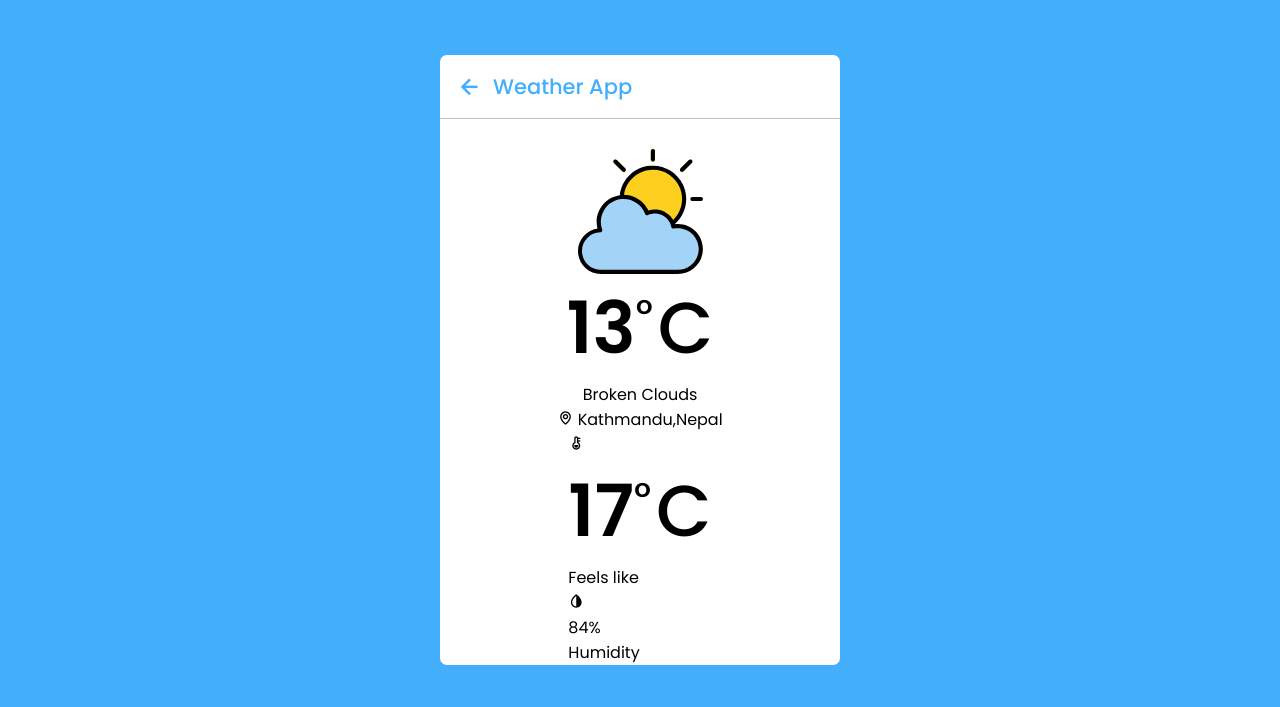
Repository: long13820/Weather-App-HTML-CSS-Javascript
Page: index.html
An editor plug-in stored every save of this project. The page is shown before and after the next save, followed by the edit.
The browser window is 1280 px wide. The pictures show the whole page.

Above is the page before, as saved 2021-09-02 11:28:19.

### index.html
<!DOCTYPE html>
<html lang="en">
<head>
    <meta charset="UTF-8">
    <meta http-equiv="X-UA-Compatible" content="IE=edge">
    <meta name="viewport" content="width=device-width, initial-scale=1.0">
    <title>Weather App</title>
    <link rel="stylesheet" href="style.css">

    <!--Linking Boxicon For Icon-->
    <link rel="stylesheet" href='https://unpkg.com/boxicons@2.0.9/css/boxicons.min.css' >


</head>
<body>
    <div class="wrapper">
        <header>
            <i class="bx bx-left-arrow-alt"></i>
            Weather App
        </header>
        <section class="input-part">
            <p class="info-txt pending">Please enter a valid city name</p>
            <input type="text" placeholder="Enter city name" spellcheck="false" required>
            <div class="separator"></div>
            <button>Get Device Location</button>
        </section>
        <section class="weather-part">
            <img src="/Weather Icons/cloud.svg" alt="Weather Icon">
            <div class="temp">
                <span class="numb">13</span>
                <span class="deg">°</span>C
            </div>
            <div class="weather">Broken Clouds</div>
            <div class="location">
                <i class="bx bx-map"></i>
                <span>Kathmandu,Nepal</span>
            </div>
            <div class="bottom-details">
                <div class="column feels">
                    <i class="bx bxs-thermometer"></i>
                    <div class="details">
                        <div class="temp">
                            <span class="numb">17</span>
                            <span class="deg">°</span>C
                        </div>
                        <p>Feels like</p>
                    </div>
                </div>
                <div class="column humidity">
                    <i class="bx bxs-droplet-half"></i>
                    <div class="details">
                        <span class="numb">84%</span>
                        <p>Humidity</p>
                    </div>
                </div>
            </div>
        </section>
    </div>
</body>
</html>

### style.css
/*Import Google Font - Poppins*/
@import url('https://fonts.googleapis.com/css2?family=Poppins:wght@400;500;600;700&display=swap');
*{
    margin: 0;
    padding: 0;
    box-sizing: border-box;
    font-family: 'Poppins', sans-serif;
}
body{
    display: flex;
    align-items: center;
    justify-content: center;
    min-height: 100vh;
    background: #43AFFC;
}
.wrapper{
    width: 400px;
    border-radius: 7px;
    background: white;
}
.wrapper header{
    color: #43AFFC;
    font-size: 21px;
    font-weight: 500;
    padding: 16px 15px;
    display: flex;
    align-items: center;
    border-bottom: 1px solid #bfbfbf;

}
header i{
    cursor: pointer;
    font-size: 30px;
    margin-right: 8px;
}
.wrapper .input-part{
    display: none;
    margin: 20px 25px 30px;
}
.input-part .info-txt{
    display: none;
    font-size: 17px;
    text-align: center;
    padding: 12px 7px;
    border-radius: 7px;
    margin-bottom: 15px;
}
.info-txt.error{
    display: block;
    color: #721c24;
    background: #f8d7da;
    border: 1px solid #f5c6cb;
}
.info-txt.pending{
    display: block;
    color: #0c5460;
    background: #d1ecf1;
    border: 1px solid #bee5eb;
}
.input-part :where(input, button){
    width: 100%;
    height: 55px;
    border: none;
    outline: none;
    font-size: 18px;
    border-radius: 7px;
}
.input-part input{
    text-align: center;
    border: 1px solid #bfbfbf;
}
.input-part input:is(:focus,:valid){

}
.input-part .separator{
    height: 1px;
    width: 100%;
    margin: 25px 0px;
    background: #ccc;
    display: flex;
    align-items: center;
    justify-content: center;
}
.separator::before{
    content: "or";
    background-color: white;
    font-size: 19px;
    padding: 0px 15px;
    background: #fff;
}
.input-part button{
    color: white;
    cursor: pointer;
    background: #43AFFC;
}

.wrapper .weather-part{
    margin: 30px 0 0;
    display: flex;
    align-items: center;
    justify-content: center;
    flex-direction: column;
}
.weather-part img{
    max-width: 125px;
}
.weather-part .temp{
    display: flex;
    font-size: 72px;
    font-weight: 500;
}
.weather-part .temp .numb{
    font-weight: 600;
}
.weather-part .temp .deg{
    font-size: 40px;
    margin: 10px 5px 0 0;
    display: block;
}
.weather-part .weather{

}

After the next save:
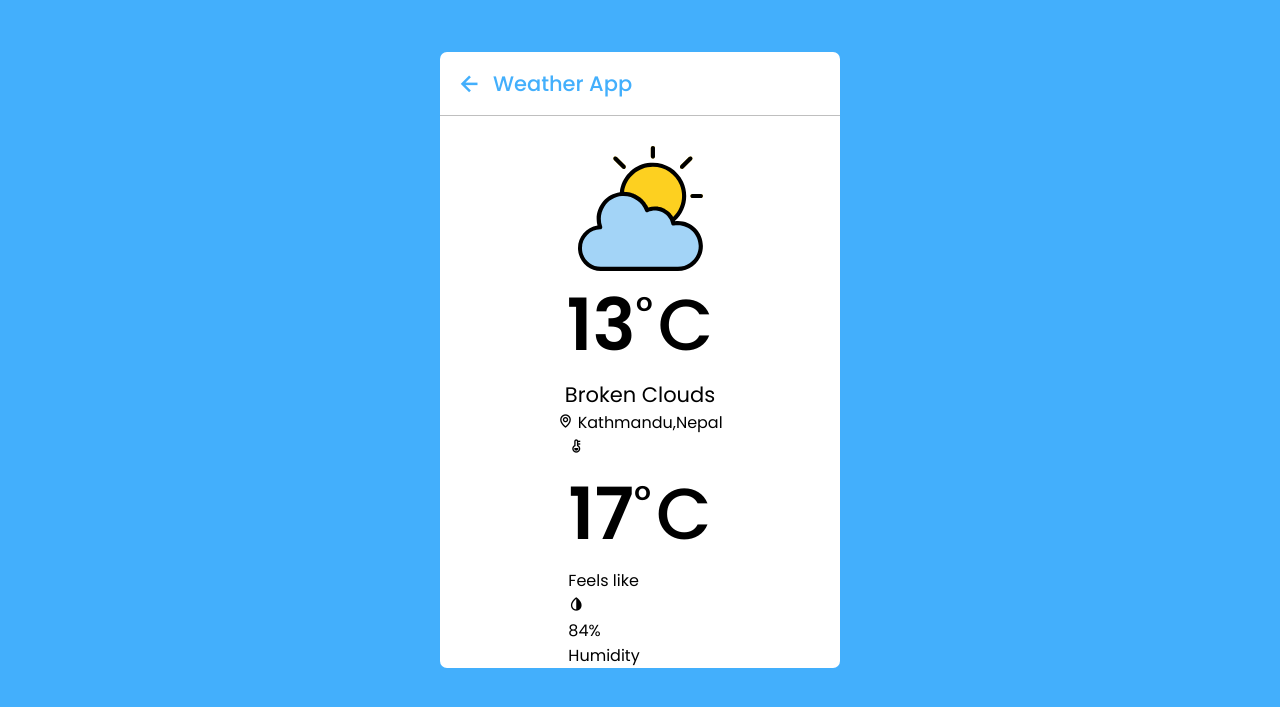
Saved 4 s later.
--- a/style.css
+++ b/style.css
@@ -118,5 +118,6 @@ header i{
     display: block;
 }
 .weather-part .weather{
+    font-size: 21px;
 
 }
